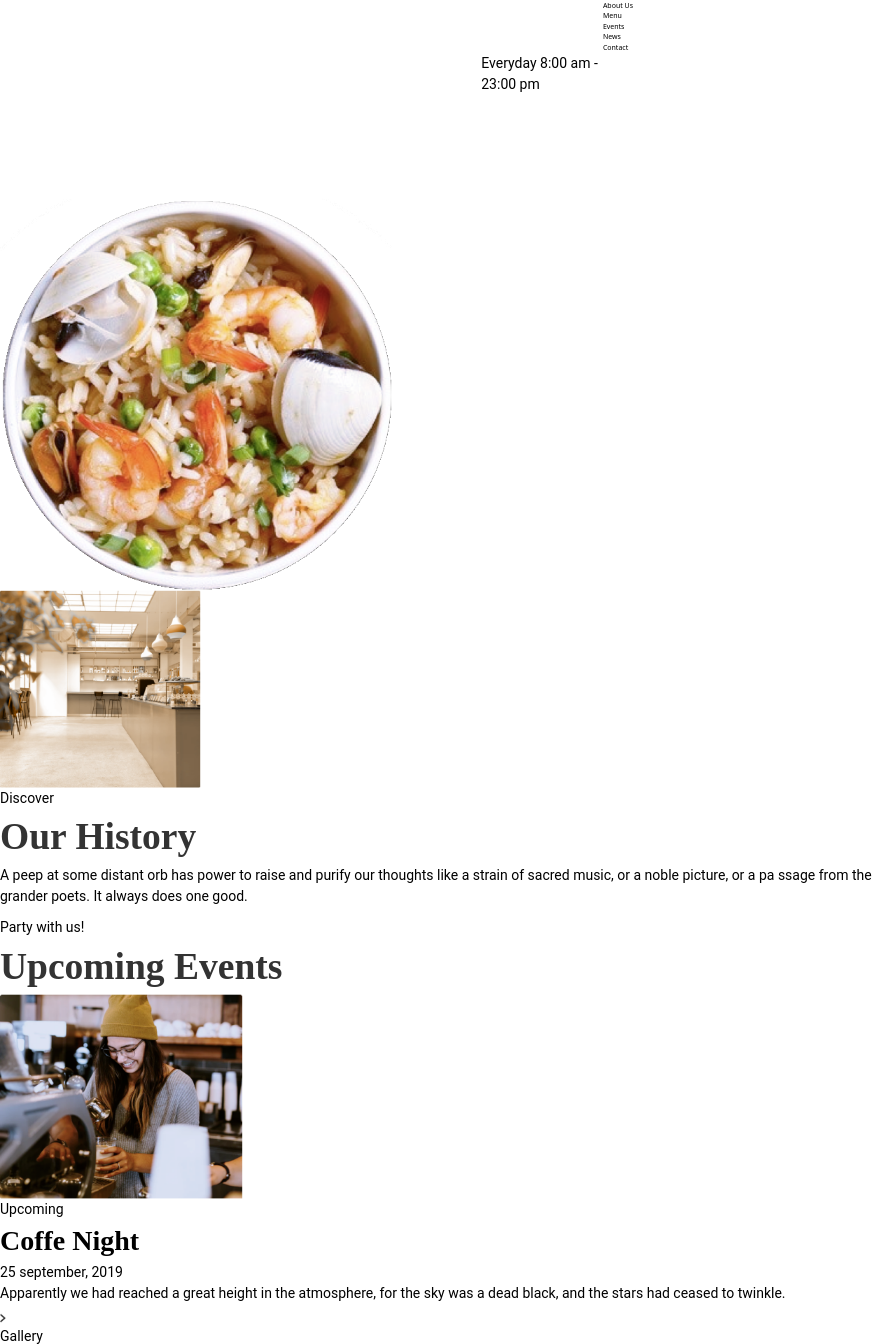
Repository: murilopellis-12/Tailwind-Prova
Page: index.html
These files come from the project's save history. The page is drawn as it stood at one moment and after the next save; the edit follows.
The browser window is 1280 px wide. The pictures show the part of the page from y = 0 to 1920 px (the page is 4670 px tall), at 70% of full size.

Above is the page before, as saved 2026-10-26 19:32:20.
Not found: style.css

After the next save:
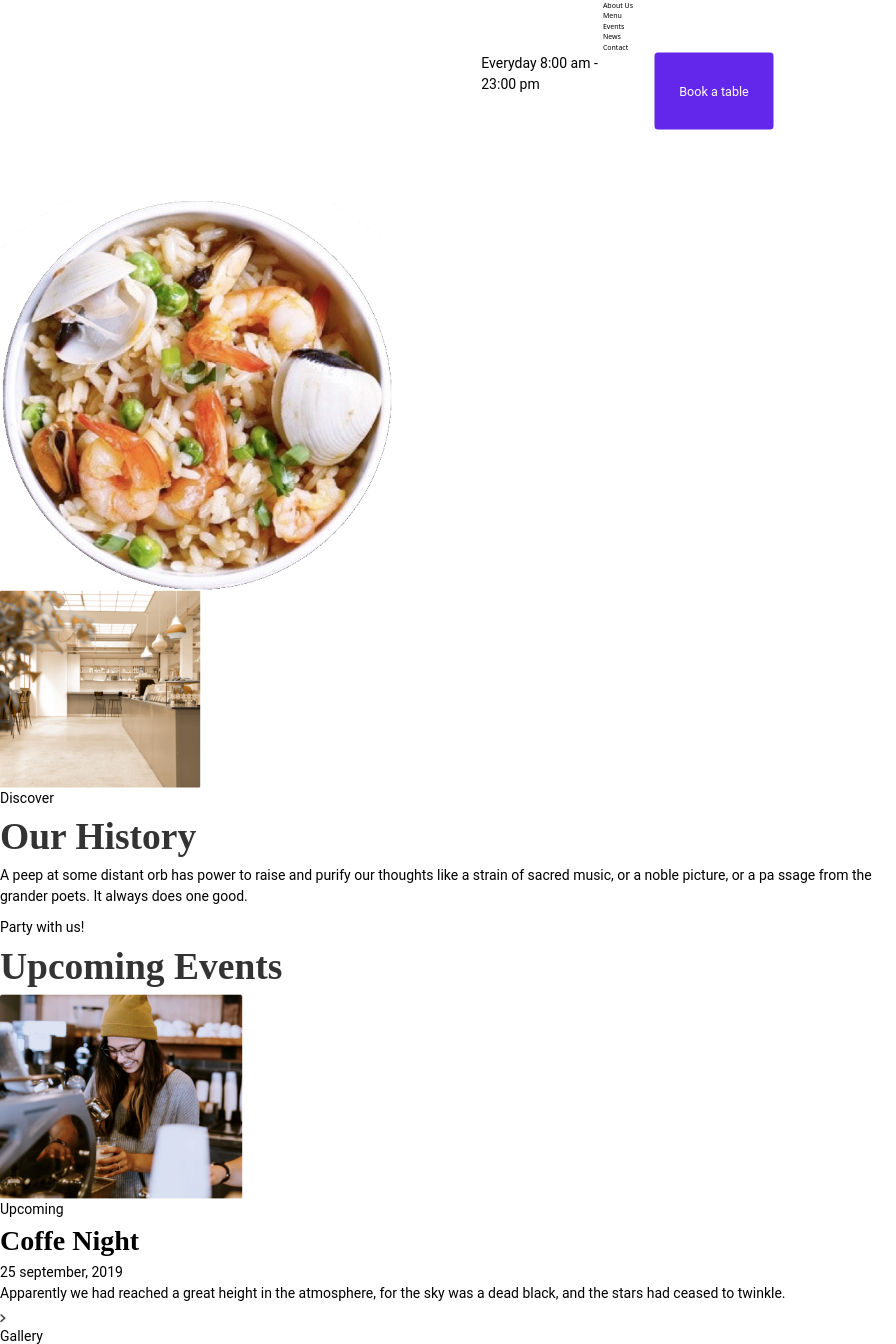
Saved 14 s later.
--- a/index.html
+++ b/index.html
@@ -126,7 +126,7 @@
           <div class="botoes-hero grid grid-cols-[1fr 1fr] gap-[clamp(0.6rem, calc(-0.245rem + 2.254vw), 3rem)] h-auto w-[100%] max-w-[345px]">
             <button
               aria-label="abre a reserva de mesa"
-              class="botoes-hero-class p-[1.2rem 0] text-[var(--cor-terciaria)] text-[1.8rem] max-w-[170px] border-0 bg-"
+              class="botoes-hero-class p-[1.2rem 0] text-[var(--cor-terciaria)] text-[1.8rem] max-w-[170px] border-0 bg-[var(--complementar-roxo)]"
               id="botao-livro-mesa"
             >
               Book a table
